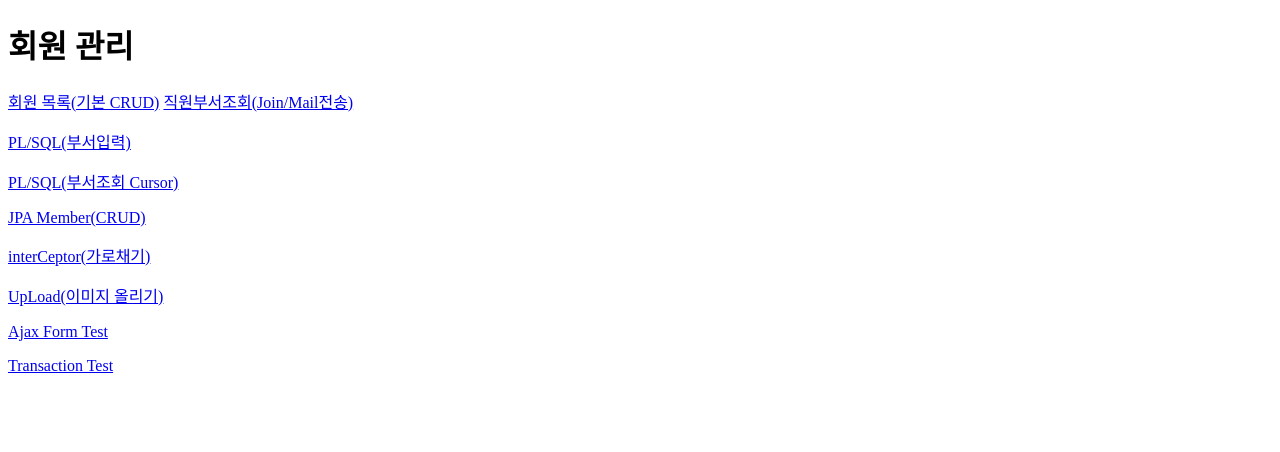
Repository: min99lv/choongang_spring_git
Page: oBootMybatis01/src/main/resources/static/index.html
An editor plug-in stored every save of this project. The page is shown before and after the next save, followed by the edit.
The browser window is 1280 px wide. The pictures show the whole page.

Above is the page before, as saved 2024-08-13 00:48:32.

### oBootMybatis01/src/main/resources/static/index.html
<!DOCTYPE html>
<html>
<head>
<meta charset="UTF-8">
<title>Insert title here</title>
</head>
<body>
	<h1>회원 관리</h1>
	<a href="/listEmpStart">회원 목록(기본 CRUD)</a>
   	<a href="/listEmpDept">직원부서조회(Join/Mail전송)</a><p>
  	<a href="/writeDeptIn">PL/SQL(부서입력) </a><p>
   	<a href="/writeDeptCursor">PL/SQL(부서조회 Cursor) </a><p>
   	<a href="/memberJpa/new">JPA Member(CRUD) </a><p>
   	<a href="/interCeptorForm">interCeptor(가로채기) </a><p>
   	<a href="/upLoadFormStart">UpLoad(이미지 올리기) </a><p>
   	<a href="/ajaxForm">Ajax Form Test </a><p>
   	<a href="/transactionInsertUpdate">Transaction Test</a><p>
</body>
</html>

After the next save:
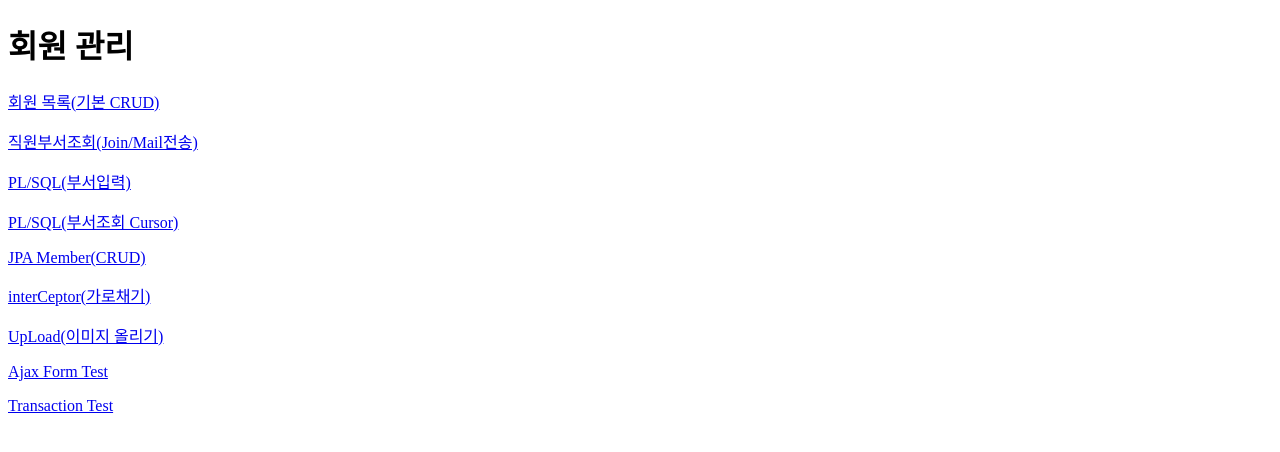
Saved 16 min 2 s later.
--- a/oBootMybatis01/src/main/resources/static/index.html
+++ b/oBootMybatis01/src/main/resources/static/index.html
@@ -6,7 +6,7 @@
 </head>
 <body>
 	<h1>회원 관리</h1>
-	<a href="/listEmpStart">회원 목록(기본 CRUD)</a>
+	<a href="/listEmpStart">회원 목록(기본 CRUD)</a><p>
    	<a href="/listEmpDept">직원부서조회(Join/Mail전송)</a><p>
   	<a href="/writeDeptIn">PL/SQL(부서입력) </a><p>
    	<a href="/writeDeptCursor">PL/SQL(부서조회 Cursor) </a><p>
